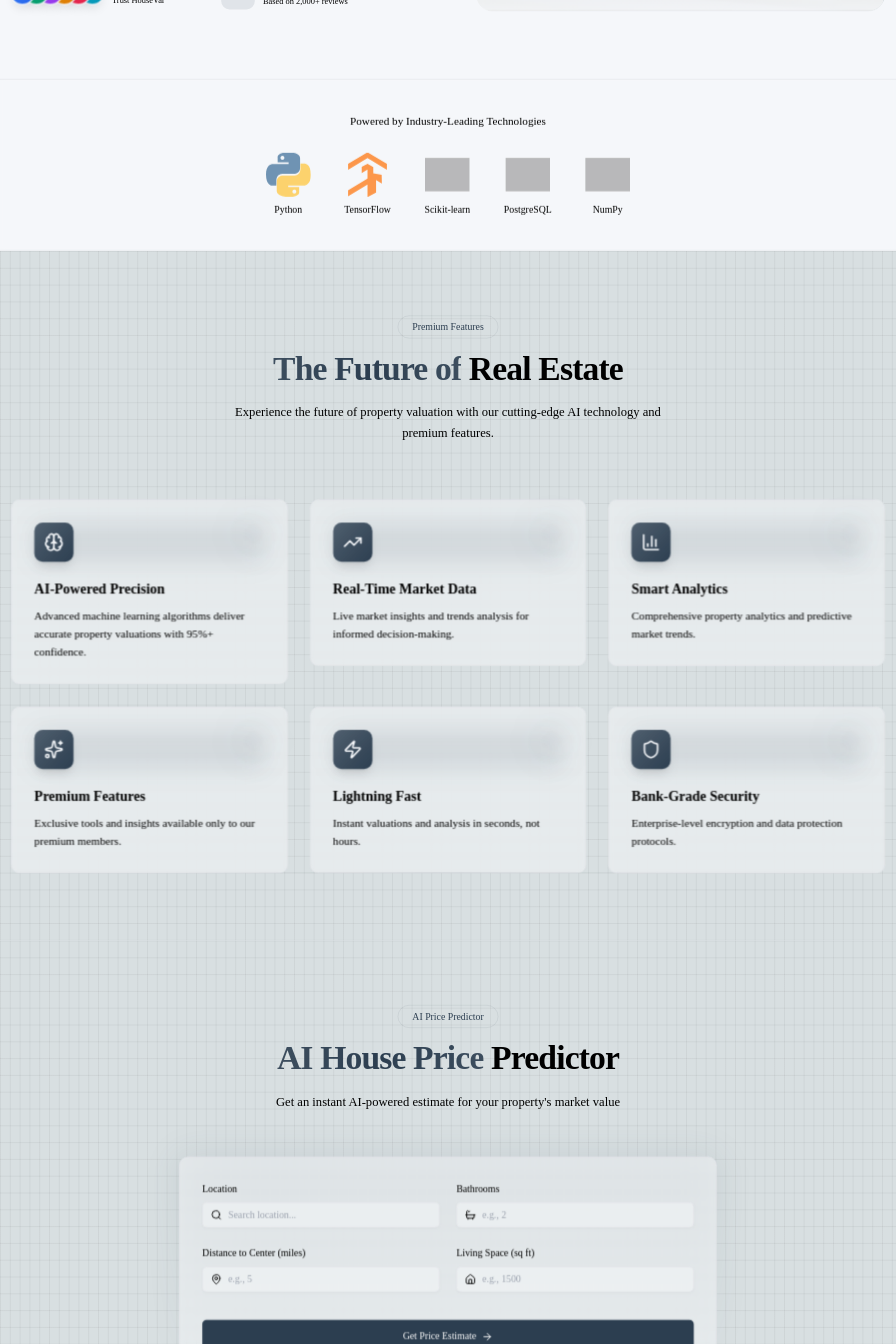
Repository: Rayyy-dev/HouseVal
Page: /
An editor plug-in stored every save of this project. The page is shown before and after the next save, followed by the edit.
The browser window is 1280 px wide. The pictures show the part of the page from y = 692 to 2612 px (the page is 3674 px tall), at 70% of full size.
Pictures or frames that could not be fetched are drawn as grey boxes. The project was rebuilt for these pictures with package versions that can differ from the ones it lists, and the page was loaded fresh each time. The framework's server and built-in components were replaced by stand-ins that run in the browser. Also part of the build but not shown: next.config.ts.

Above is the page before, as saved 2025-01-16 19:29:23.

After the next save:
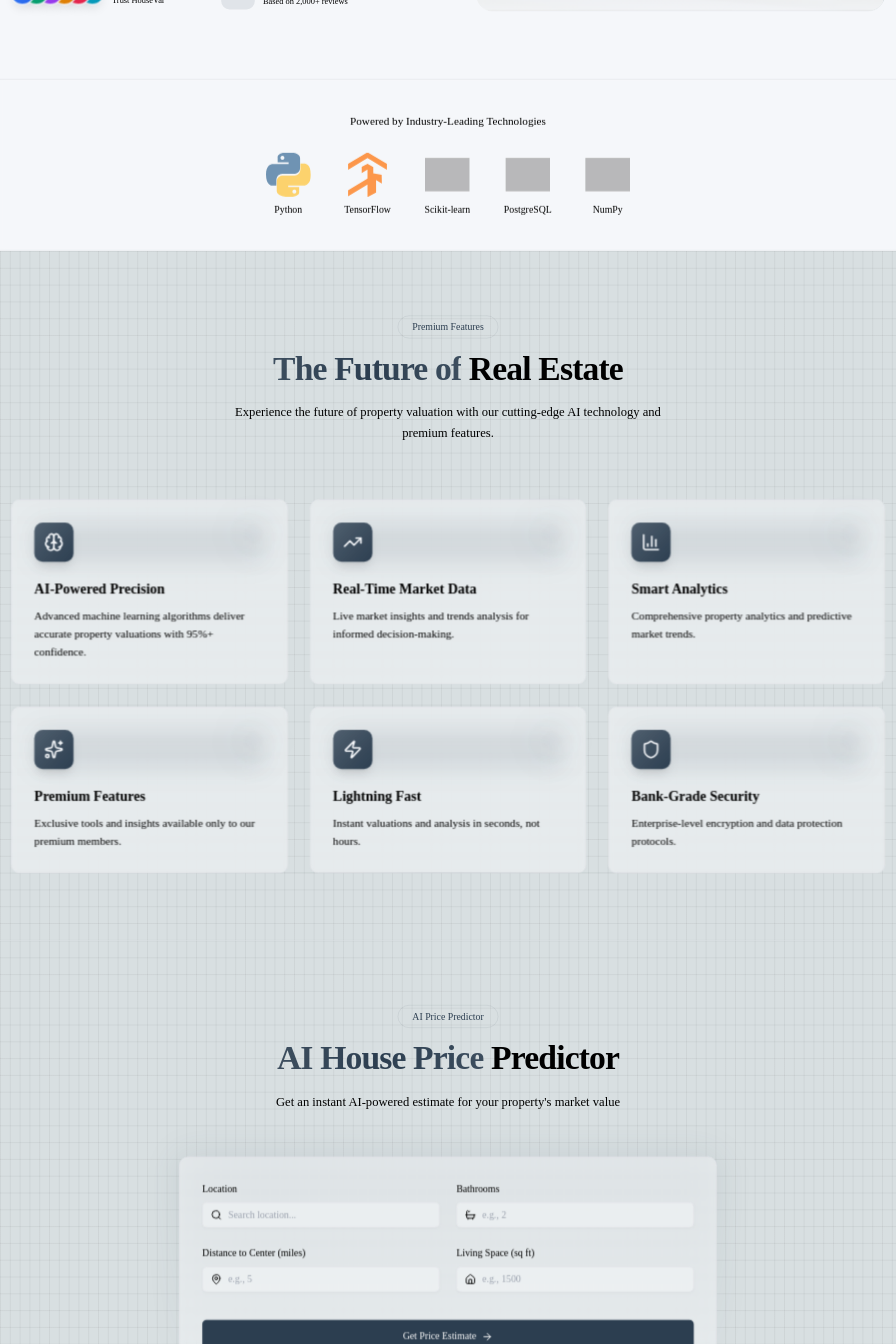
Saved 41 h 8 min later.
--- a/src/components/landing-page/sections/benefits.tsx
+++ b/src/components/landing-page/sections/benefits.tsx
@@ -103,16 +103,17 @@
               whileInView={{ opacity: 1, y: 0 }}
               viewport={{ once: true }}
               transition={{ duration: 0.7, delay: benefit.delay }}
+              className="h-full"
             >
               <motion.div
-                className="relative group"
+                className="relative group h-full"
                 whileHover={{ translateY: -3 }}
                 transition={{ duration: 0.2, ease: "easeOut" }}
               >
                 <div className="absolute -inset-0.5 bg-gradient-to-b from-primary/10 to-transparent rounded-2xl blur opacity-0 group-hover:opacity-100 transition duration-300" />
-                <div className="relative h-full bg-background/50 backdrop-blur-sm rounded-xl p-8 border border-border/40 group-hover:border-primary/20 transition-all duration-300">
+                <div className="relative h-full bg-background/50 backdrop-blur-sm rounded-xl p-8 border border-border/40 group-hover:border-primary/20 transition-all duration-300 flex flex-col">
                   {/* Enhanced Icon */}
-                  <div className="mb-6 relative">
+                  <div className="mb-6 relative flex-shrink-0">
                     <div className="absolute inset-0 bg-primary/10 rounded-xl blur-lg group-hover:blur-xl transition-all duration-300" />
                     <motion.div
                       whileHover={{ scale: 1.05 }}
@@ -128,12 +129,14 @@
                   </div>
 
                   {/* Enhanced Content */}
-                  <h3 className="text-xl font-semibold mb-3 text-foreground group-hover:text-primary transition-colors">
-                    {benefit.title}
-                  </h3>
-                  <p className="text-muted-foreground/90 group-hover:text-muted-foreground transition-colors leading-relaxed">
-                    {benefit.description}
-                  </p>
+                  <div className="flex flex-col flex-grow">
+                    <h3 className="text-xl font-semibold mb-3 text-foreground group-hover:text-primary transition-colors">
+                      {benefit.title}
+                    </h3>
+                    <p className="text-muted-foreground/90 group-hover:text-muted-foreground transition-colors leading-relaxed">
+                      {benefit.description}
+                    </p>
+                  </div>
 
                   {/* Subtle Corner Accent */}
                   <div className="absolute top-6 right-6 w-12 h-12 bg-primary/5 rounded-full blur-xl group-hover:bg-primary/10 transition-all duration-300" />
